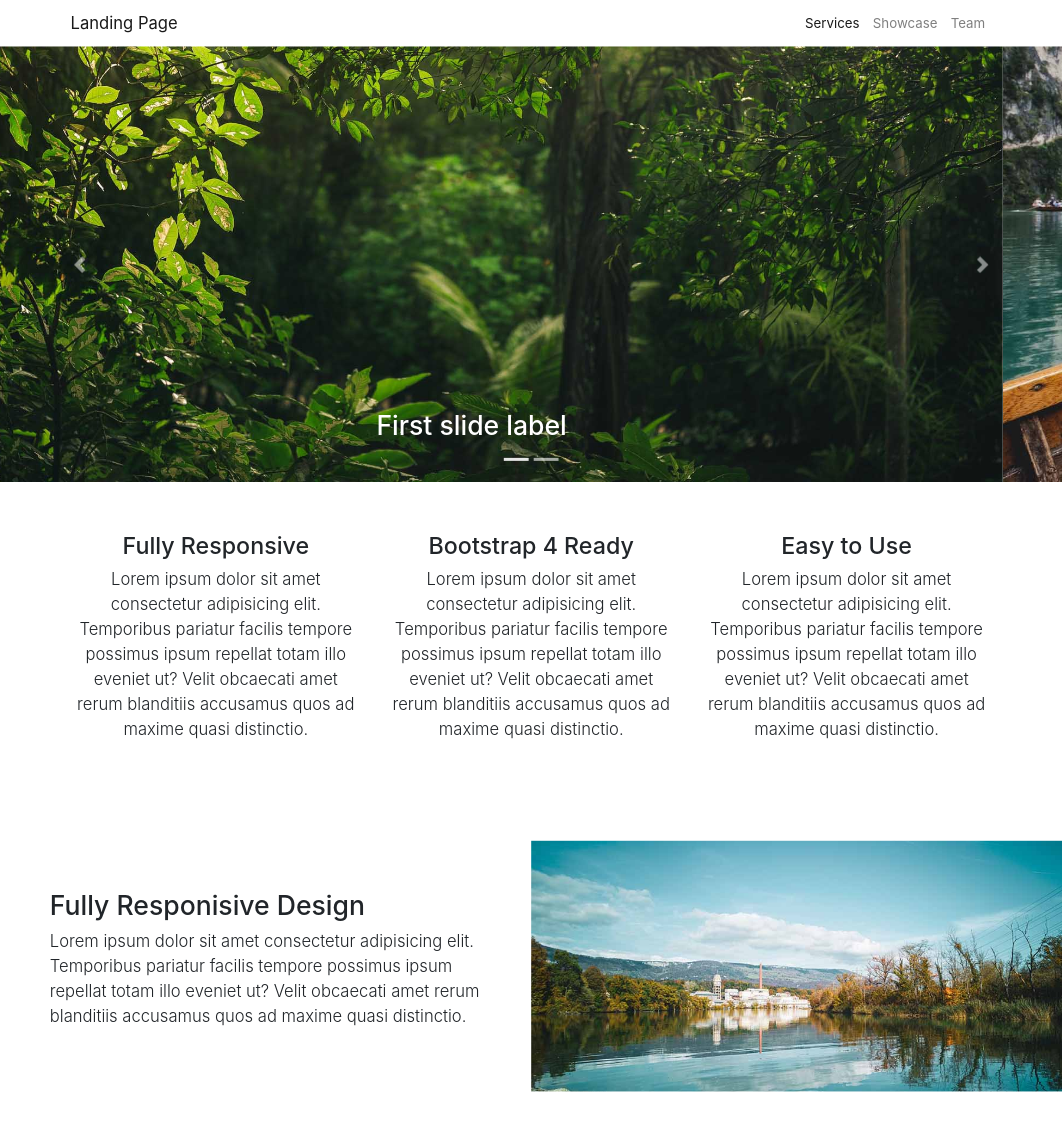
Repository: magdaf41/Bootstrap
Page: zadanie 3/index.html
The author's editor kept a copy of each file at every save. The page is drawn from the files as they stood at one save, then again after the next save.
The browser window is 1280 px wide. The pictures show the whole page, at 83% of full size.

Above is the page before, as saved 2020-09-18 08:54:25.

### zadanie 3/index.html
<!doctype html>
<html lang="en">

<head>
    <!-- Required meta tags -->
    <meta charset="utf-8">
    <meta name="viewport" content="width=device-width, initial-scale=1, shrink-to-fit=no">
    <title>Landing Page</title>
    <!-- Bootstrap CSS -->
    <link rel="stylesheet" href="https://stackpath.bootstrapcdn.com/bootstrap/4.5.2/css/bootstrap.min.css"
        integrity="sha384-JcKb8q3iqJ61gNV9KGb8thSsNjpSL0n8PARn9HuZOnIxN0hoP+VmmDGMN5t9UJ0Z" crossorigin="anonymous">

    <link rel="stylesheet" href="css/style.css">
    <link rel="stylesheet" href="https://use.fontawesome.com/releases/v5.7.2/css/all.css"
        integrity="sha384-fnmOCqbTlWIlj8LyTjo7mOUStjsKC4pOpQbqyi7RrhN7udi9RwhKkMHpvLbHG9Sr" crossorigin="anonymous">
</head>

<body>
    <nav class="navbar navbar-expand-lg navbar-light ">
        <div class="container">
            <a class="navbar-brand" href="#">Landing Page</a>
            <button class="navbar-toggler" type="button" data-toggle="collapse" data-target="#navbarNav"
                aria-controls="navbarNav" aria-expanded="false" aria-label="Toggle navigation">
                <span class="navbar-toggler-icon"></span>
            </button>
            <div class="collapse navbar-collapse" id="navbarNav">
                <ul class="navbar-nav ml-auto">
                    <li class="nav-item active">
                        <a class="nav-link" href="#">Services</span></a>
                    </li>
                    <li class="nav-item">
                        <a class="nav-link" href="#">Showcase</a>
                    </li>
                    <li class="nav-item">
                        <a class="nav-link" href="#">Team</a>
                    </li>

                </ul>
            </div>
        </div>

    </nav>

    <div id="carouselExampleCaptions" class="carousel slide" data-ride="carousel">
        <ol class="carousel-indicators">
            <li data-target="#carouselExampleCaptions" data-slide-to="0" class="active"></li>
            <li data-target="#carouselExampleCaptions" data-slide-to="1"></li>
        </ol>
        <div class="carousel-inner">
            <div class="carousel-item active">
                <img src="img/slider-1.jpg" class="d-block w-100" alt="View 1">
                <div class="carousel-caption">
                    <h2>First slide label</h2>
                </div>
            </div>
            <div class="carousel-item">
                <img src="img/slider-2.jpg" class="d-block w-100" alt="View 2">
                <div class="carousel-caption">
                    <h2>Second slide label</h2>
                </div>
            </div>
        </div>
        <a class="carousel-control-prev" href="#carouselExampleCaptions" role="button" data-slide="prev">
            <span class="carousel-control-prev-icon" aria-hidden="true"></span>
            <span class="sr-only">Previous</span>
        </a>
        <a class="carousel-control-next" href="#carouselExampleCaptions" role="button" data-slide="next">
            <span class="carousel-control-next-icon" aria-hidden="true"></span>
            <span class="sr-only">Next</span>
        </a>
    </div>

    <section id="services" class="services">
        <div class="container text-center">
            <div class="row">
                <div class="col-md-4 service-item">
                    <h3>Fully Responsive</h3>
                    <p class="lead mb-0">Lorem ipsum dolor sit amet consectetur adipisicing elit. Temporibus pariatur
                        facilis tempore
                        possimus ipsum repellat totam illo eveniet ut? Velit obcaecati amet rerum blanditiis accusamus
                        quos ad maxime quasi distinctio.</p>
                </div>
                <div class="col-md-4 service-item">
                    <h3>Bootstrap 4 Ready</h3>
                    <p class="lead mb-0">Lorem ipsum dolor sit amet consectetur adipisicing elit. Temporibus pariatur
                        facilis tempore
                        possimus ipsum repellat totam illo eveniet ut? Velit obcaecati amet rerum blanditiis accusamus
                        quos ad maxime quasi distinctio.</p>
                </div>

                <div class="col-md-4 service-item">
                    <h3>Easy to Use</h3>
                    <p class="lead mb-0">Lorem ipsum dolor sit amet consectetur adipisicing elit. Temporibus pariatur
                        facilis tempore
                        possimus ipsum repellat totam illo eveniet ut? Velit obcaecati amet rerum blanditiis accusamus
                        quos ad maxime quasi distinctio.</p>
                </div>


            </div>
        </div>
    </section>

    <section id="showcase" class="showcase">
        <div class="container-fluid">
            <div class="row">
                <div class="col-md-6 order-md-2 showcase-img" style="background-image: url('img/view-1.jpg');"></div>
                <div class="col-md-6 order-md-1 showcase-text">
                    <h2>Fully Responisive Design</h2>
                    <p class="lead">Lorem ipsum dolor sit amet consectetur adipisicing elit. Temporibus pariatur
                        facilis tempore
                        possimus ipsum repellat totam illo eveniet ut? Velit obcaecati amet rerum blanditiis accusamus
                        quos ad maxime quasi distinctio.</p>
                </div>
            </div>
            <div class="row"></div>
            <div class="row"></div>

        </div>

    </section>


    <!-- Optional JavaScript -->
    <!-- jQuery first, then Popper.js, then Bootstrap JS -->
    <script src="https://code.jquery.com/jquery-3.5.1.slim.min.js"
        integrity="sha384-DfXdz2htPH0lsSSs5nCTpuj/zy4C+OGpamoFVy38MVBnE+IbbVYUew+OrCXaRkfj"
        crossorigin="anonymous"></script>
    <script src="https://cdn.jsdelivr.net/npm/popper.js@1.16.1/dist/umd/popper.min.js"
        integrity="sha384-9/reFTGAW83EW2RDu2S0VKaIzap3H66lZH81PoYlFhbGU+6BZp6G7niu735Sk7lN"
        crossorigin="anonymous"></script>
    <script src="https://stackpath.bootstrapcdn.com/bootstrap/4.5.2/js/bootstrap.min.js"
        integrity="sha384-B4gt1jrGC7Jh4AgTPSdUtOBvfO8shuf57BaghqFfPlYxofvL8/KUEfYiJOMMV+rV"
        crossorigin="anonymous"></script>
</body>

</html>

### zadanie 3/css/style.css
section {
    padding: 60px 0;
}

.showcase-img {
    background-size: cover;
    background-position: center;
}

.showcase-text {
    padding: 60px 60px;
}

@media(max-width: 768px) {
    .service-item {
        margin-bottom: 50px;
    }
    .service-item:last-child {
        margin: 0;
    }
    .showcase-img {
        height: 300px;
    }
}

After the next save:
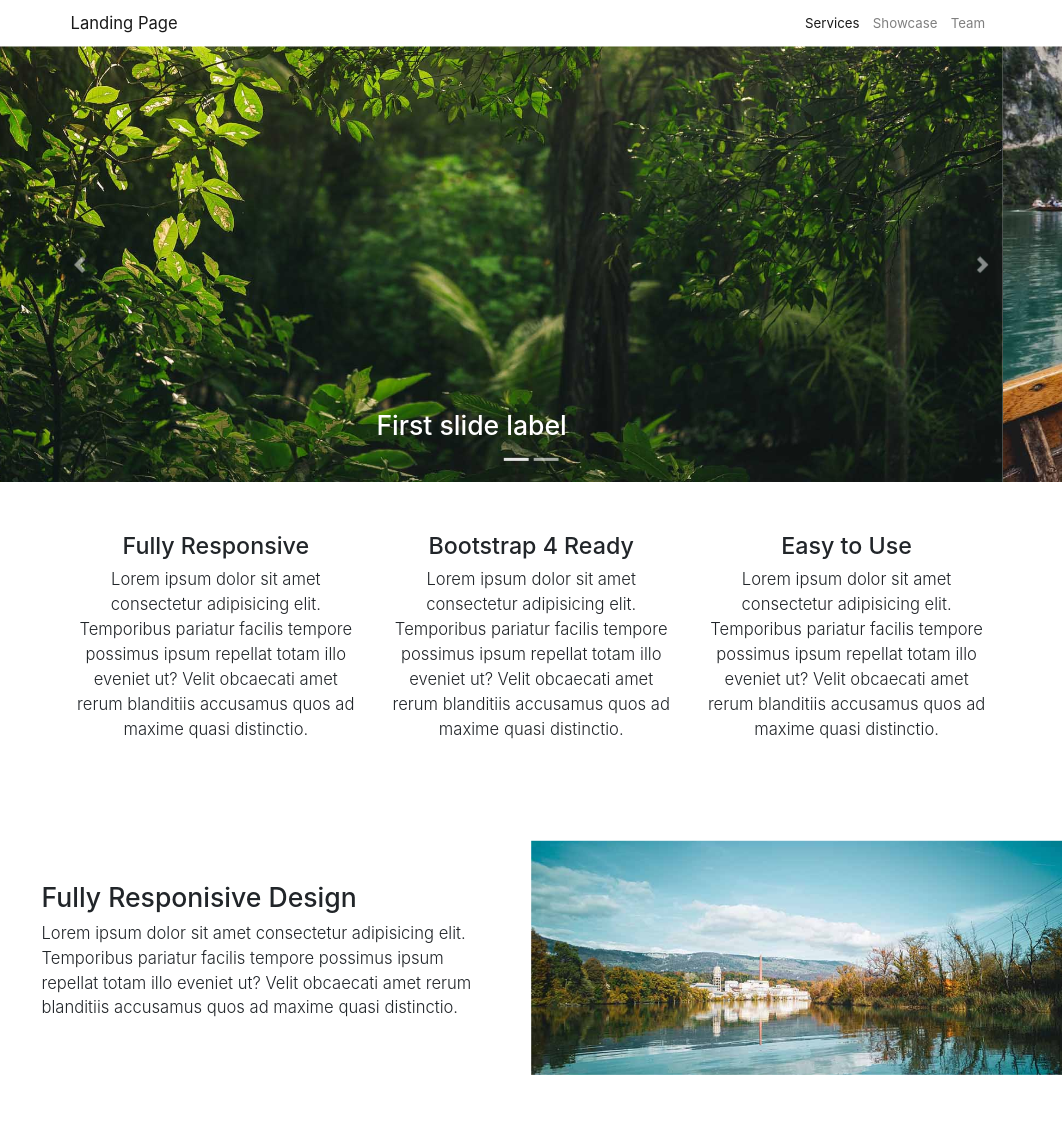
Saved 40 s later.
--- a/zadanie 3/css/style.css
+++ b/zadanie 3/css/style.css
@@ -8,7 +8,7 @@
 }
 
 .showcase-text {
-    padding: 60px 60px;
+    padding: 50px;
 }
 
 @media(max-width: 768px) {
